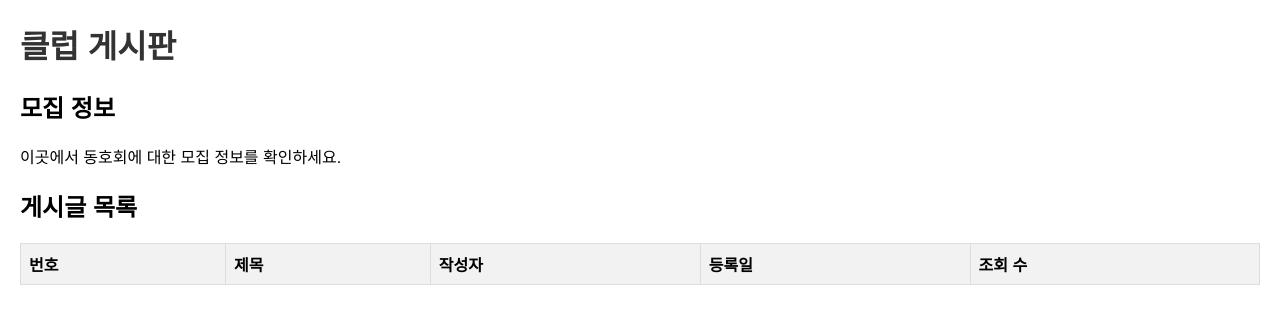
Repository: HB1112/cloud
Page: http://localhost/Solocare/WEB-INF/views/club/clubcommunity.jsp
An editor plug-in stored every save of this project. The page is shown before and after a run of saves, followed by the edit.
The browser window is 1280 px wide. The pictures show the whole page.
The page is served by Tomcat 9. Nobody is signed in. Other server files are loaded and not shown. The template is opened directly, without the code that normally fills it, so the values that code supplies are empty.

Above is the page before, as saved 2024-12-18 07:38:07.

### Solocare/src/main/webapp/WEB-INF/views/club/clubcommunity.jsp
<%@ page language="java" contentType="text/html; charset=UTF-8"
    pageEncoding="UTF-8"%>
<%@ taglib uri="http://java.sun.com/jsp/jstl/core" prefix="c" %>
<!DOCTYPE html>
<html>
<head>
    <meta charset="UTF-8">
    <title>클럽 게시판</title>
    <style>
        body {
            font-family: Arial, sans-serif;
            margin: 20px;
        }
        h1 {
            color: #333;
        }
        table {
            width: 100%;
            border-collapse: collapse;
        }
        th, td {
            border: 1px solid #ddd;
            padding: 8px;
            text-align: left;
        }
        th {
            background-color: #f2f2f2;
        }
    </style>
</head>
<body>
    <h1>클럽 게시판</h1>
    <h2>모집 정보</h2>
    <p>이곳에서 동호회에 대한 모집 정보를 확인하세요.</p>

    <h2>게시글 목록</h2>
    <table>
        <thead>
            <tr>
                <th>번호</th>
                <th>제목</th>
                <th>작성자</th>
                <th>등록일</th>
                <th>조회 수</th>
            </tr>
        </thead>
        <tbody>
            <!-- 게시글 리스트를 출력 -->
            <c:forEach var="board" items="${clubboards}">
                <tr>
                    <td>${board.boardnum}</td>
                    <td><a href="detail/${board.boardnum}">${board.subject}</a></td>
                    <td>${board.memberid}</td>
                    <td>${board.regist_date}</td>
                    <td>${board.hit}</td>
                </tr>
            </c:forEach>
        </tbody>
    </table>
</body>
</html>

### Solocare/src/main/webapp/WEB-INF/views/menu.jsp
<%@ page contentType="text/html; charset=UTF-8" language="java" %>
   <style>
        body {
            font-family: 'Noto Sans', sans-serif;
        }
        .navbar {
            background-color: white;
            box-shadow: 0 4px 6px rgba(0, 0, 0, 0.1);
        }
        .navbar-brand {
            font-family: 'Noto Serif', serif;
            font-size: 1.8rem;
            font-weight: bold;
            color: #005B96;
            transition: transform 0.3s ease;
        }
        .navbar-brand:hover {
            transform: scale(1.1);
        }
        .navbar-nav .nav-link {
            margin: 0 15px;
            color: #005B96;
            font-weight: 500;
            transition: all 0.3s ease;
        }
        .navbar-nav .nav-link:hover {
            color: #FFD700;
            transform: translateY(-3px);
        }
        .dropdown-menu {
            background: #f8f9fa;
            border: none;
            border-radius: 5px;
            box-shadow: 0 4px 8px rgba(0, 0, 0, 0.1);
        }
        .dropdown-item {
            color: #005B96;
            font-weight: 500;
        }
        .dropdown-item:hover {
            background: #005B96;
            color: white;
        }
        .search {
            display: flex;
            align-items: center;
            margin-left: auto; /* 오른쪽 끝으로 붙이기 */
        }
        .search input {
            border-radius: 30px;
            border: 2px solid #005B96;
            margin-right: 10px; /* 검색창과 버튼 사이 간격 */
        }
        .search button {
            color: white;
            background: #005B96;
            border-radius: 50%;
            border: none;
            padding: 5px 10px;
        }
        .user-links {
        	display : flex;
            margin-left: 20px; /* 로그인/회원가입 간격 */
        }
        .main-content {
            margin-top: 80px; /* 내비게이션 바 높이에 맞춰 여백 추가 */
        }
        .navbar-collapse {
		    display: flex;
		    justify-content: space-between; /* 양쪽 끝으로 배치 */
		    width: 100%; /* 전체 너비 사용 */
		}
    </style>
<link href="https://fonts.googleapis.com/css2?family=Montserrat:wght@400;700&display=swap" rel="stylesheet">
<nav class="navbar navbar-expand-lg navbar-light fixed-top" style="font-family: 'Montserrat', sans-serif;">
    <a class="navbar-brand" href="/Solocare/home">Solo Care</a>
    <button class="navbar-toggler" type="button" data-toggle="collapse" data-target="#navbarNav" aria-controls="navbarNav" aria-expanded="false" aria-label="Toggle navigation">
        <span class="navbar-toggler-icon"></span>
    </button>
    <div class="collapse navbar-collapse" id="navbarNav">
        <ul class="navbar-nav">
            <li class="nav-item dropdown">
                <a class="nav-link dropdown-toggle" href="#" id="shoppingDropdown" role="button" data-toggle="dropdown" aria-haspopup="true" aria-expanded="false">
                    쇼핑
                </a>
                <div class="dropdown-menu" aria-labelledby="shoppingDropdown">
                    <a class="dropdown-item" href="search">1인 가구 맞춤 가전 제품</a>
                    <a class="dropdown-item" href="#">1인 가구 맞춤 식자재</a>
                    <a class="dropdown-item" href="#">보안 제품 추천</a>
                </div>
            </li>
            <li class="nav-item dropdown">
                <a class="nav-link dropdown-toggle" href="#" id="homeCareDropdown" role="button" data-toggle="dropdown" aria-haspopup="true" aria-expanded="false">
                    커뮤니티
                </a>
                <div class="dropdown-menu" aria-labelledby="homeCareDropdown">
                    <a class="dropdown-item" href="board?category=tip&page=1">정보 공유 (집 꾸미기, 생활 팁)</a>
                    <a class="dropdown-item" href="tradeboard">중고거래</a>
                    <a class="dropdown-item" href="club/board">동호회</a>
                </div>
            </li>
            <li class="nav-item dropdown">
                <a class="nav-link dropdown-toggle" href="#" id="safetyHealthDropdown" role="button" data-toggle="dropdown" aria-haspopup="true" aria-expanded="false">
                    건강 케어
                </a>
                <div class="dropdown-menu" aria-labelledby="safetyHealthDropdown">
                    <a class="dropdown-item" href="#">간단한 홈트레이닝 영상 제공</a>
                    <a class="dropdown-item" href="#">건강 데이터 통합 관리</a>
                    <a class="dropdown-item" href="#">집 주변 약국 운영시간, 야간운영? 정보</a>
                </div>
            </li>
            <li class="nav-item dropdown">
                <a class="nav-link dropdown-toggle" href="#" id="policyDropdown" role="button" data-toggle="dropdown" aria-haspopup="true" aria-expanded="false">
                    정책 지원
                </a>
                <div class="dropdown-menu" aria-labelledby="policyDropdown">
                    <a class="dropdown-item" href="#">사회성 증진 프로그램</a>
                    <a class="dropdown-item" href="#">지원 혜택</a>
                    <a class="dropdown-item" href="#">응급 대처 가이드</a>
                </div>
            </li>
            <li class="nav-item dropdown">
                <a class="nav-link dropdown-toggle" href="#" id="serviceDropdown" role="button" data-toggle="dropdown" aria-haspopup="true" aria-expanded="false">
                    편의 서비스
                </a>
                <div class="dropdown-menu" aria-labelledby="serviceDropdown">
                    <a class="dropdown-item" href="#">정기 구독 식품, 청소, 심부름</a>
                    <a class="dropdown-item" href="#">안심 귀가 루트 추천</a>
                </div>
            </li>
        </ul>

        <%
            if (request.getSession().getAttribute("mem") != null) {
        %>
            <div class="user-links">
                <p>${mem.name}님 환영합니다</p>
                <a href="infocheck" class="nav-link">내 정보</a>
                <a href="logout" class="nav-link">로그아웃</a>
                <a href="list" class="nav-link">일정관리</a>
            </div>
        <%
            } else {
        %>
            <div class="user-links">
                <a href="/Solocare/login" class="nav-link">로그인</a>
            </div>
        <%
            }
        %>
    </div>
</nav>

After the next 4 saves:
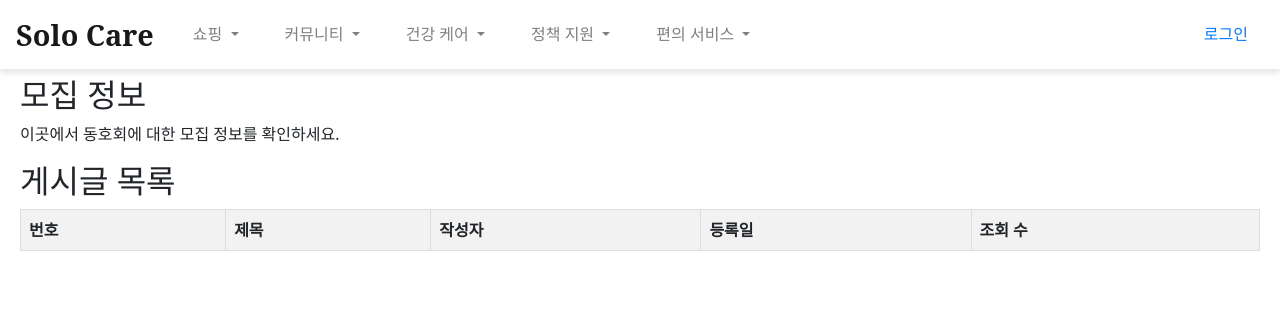
The 4 saves are shown as one change because 3 did not build or start.
The last was saved 116 s later.
--- a/Solocare/src/main/webapp/WEB-INF/views/club/clubcommunity.jsp
+++ b/Solocare/src/main/webapp/WEB-INF/views/club/clubcommunity.jsp
@@ -6,6 +6,12 @@
 <head>
     <meta charset="UTF-8">
     <title>클럽 게시판</title>
+    <link rel="stylesheet" href="https://maxcdn.bootstrapcdn.com/bootstrap/4.5.2/css/bootstrap.min.css">
+    <link href="https://fonts.googleapis.com/css2?family=Noto+Sans:wght@400;500;700&family=Noto+Serif:wght@400;700&display=swap" rel="stylesheet">
+    <link href="https://cdnjs.cloudflare.com/ajax/libs/font-awesome/5.15.4/css/all.min.css" rel="stylesheet">
+    <script src="https://code.jquery.com/jquery-3.5.1.slim.min.js"></script>
+    <script src="https://cdn.jsdelivr.net/npm/@popperjs/core@2.9.2/dist/umd/popper.min.js"></script>
+    <script src="https://maxcdn.bootstrapcdn.com/bootstrap/4.5.2/js/bootstrap.min.js"></script>
     <style>
         body {
             font-family: Arial, sans-serif;
@@ -29,6 +35,7 @@
     </style>
 </head>
 <body>
+	<%@ include file="../menu.jsp"%>
     <h1>클럽 게시판</h1>
     <h2>모집 정보</h2>
     <p>이곳에서 동호회에 대한 모집 정보를 확인하세요.</p>
